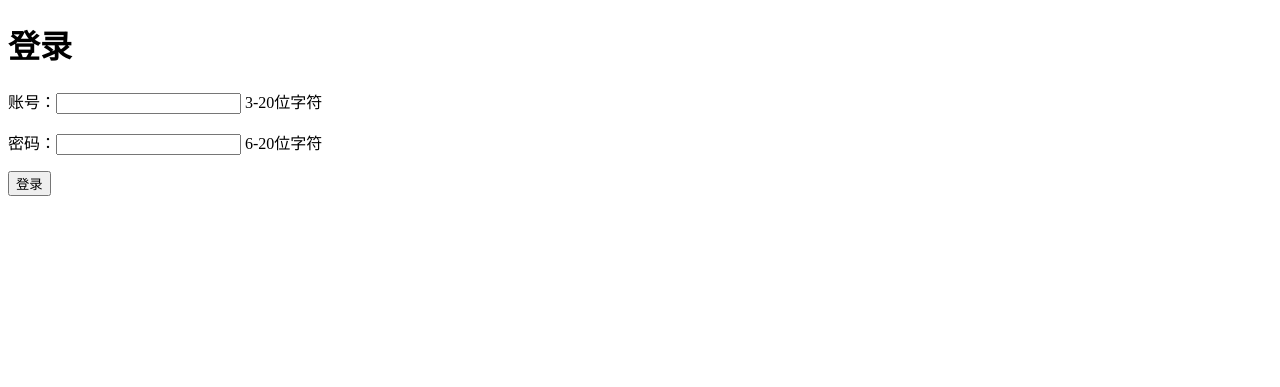
Repository: MasterKweng/workspace
Page: WebBasic/WebContent/day03 js/loginandout.html
An editor plug-in stored every save of this project. The page is shown before and after the next save, followed by the edit.
The browser window is 1280 px wide. The pictures show the whole page.

Above is the page before, as saved 2018-01-10 03:34:19.

After the next save:
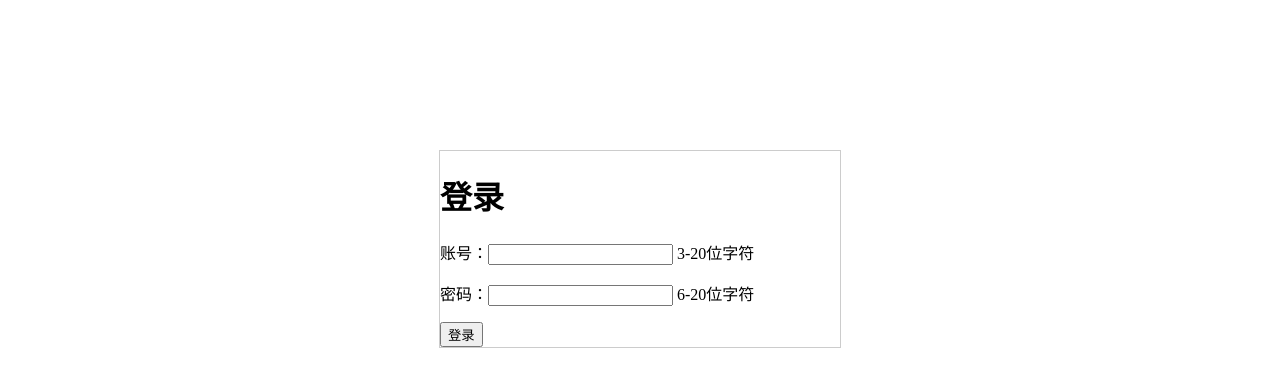
Saved 2 min 29 s later.
--- a/WebBasic/WebContent/day03 js/loginandout.html
+++ b/WebBasic/WebContent/day03 js/loginandout.html
@@ -5,7 +5,9 @@
 		<meta charset="utf-8"/>
 		<style>
 			form{
-
+				width:400px;
+				margin:150px auto;
+				border:1px solid #ccc;
 			}
 		</style>
 		<script type="text/javascript">
